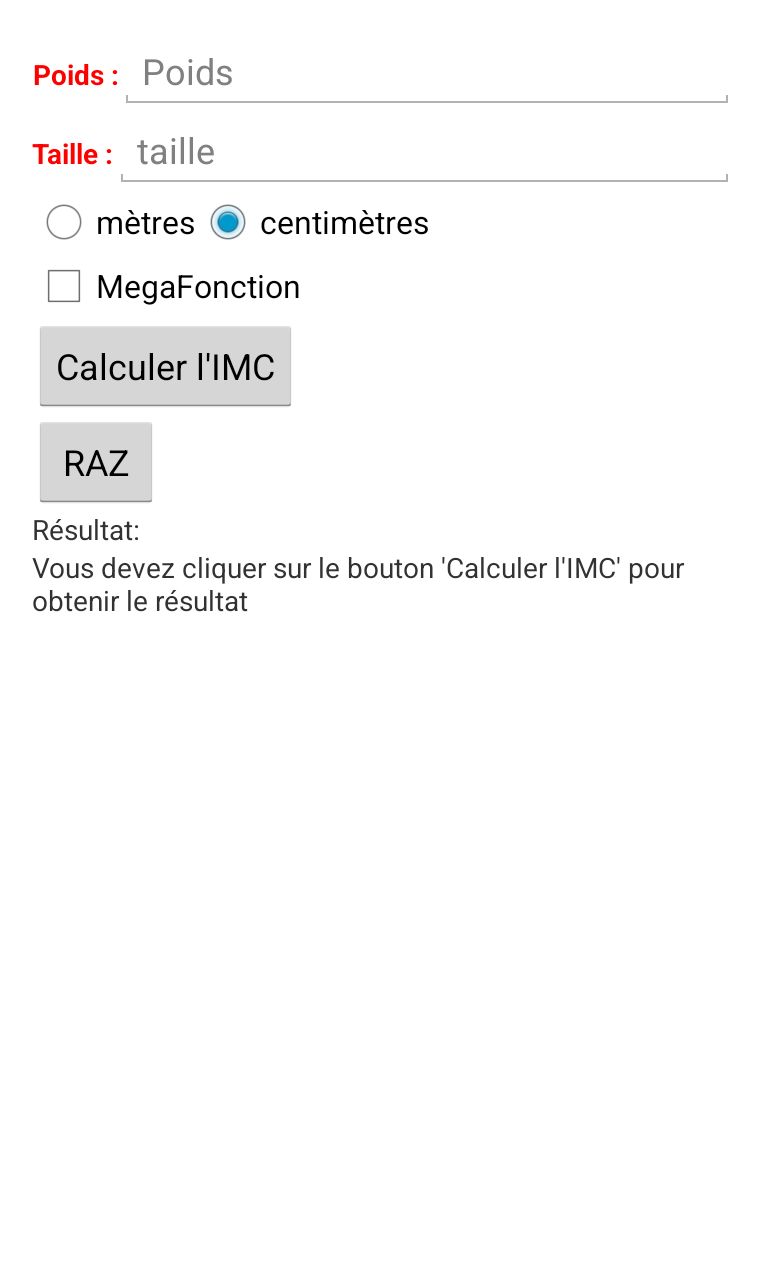
Repository: mikaelpopowicz/cours
Layout: graph/test/res/layout/activity_main.xml
These files come from the project's save history. The layout is drawn as it stood at one moment and after the next save; the edit follows.
It is drawn on a 768 x 1280 px phone screen (xhdpi) without system bars, with theme AppTheme; the app's code is not run.

Above is the layout before, as saved 2014-02-27 07:35:29.

After the next save:
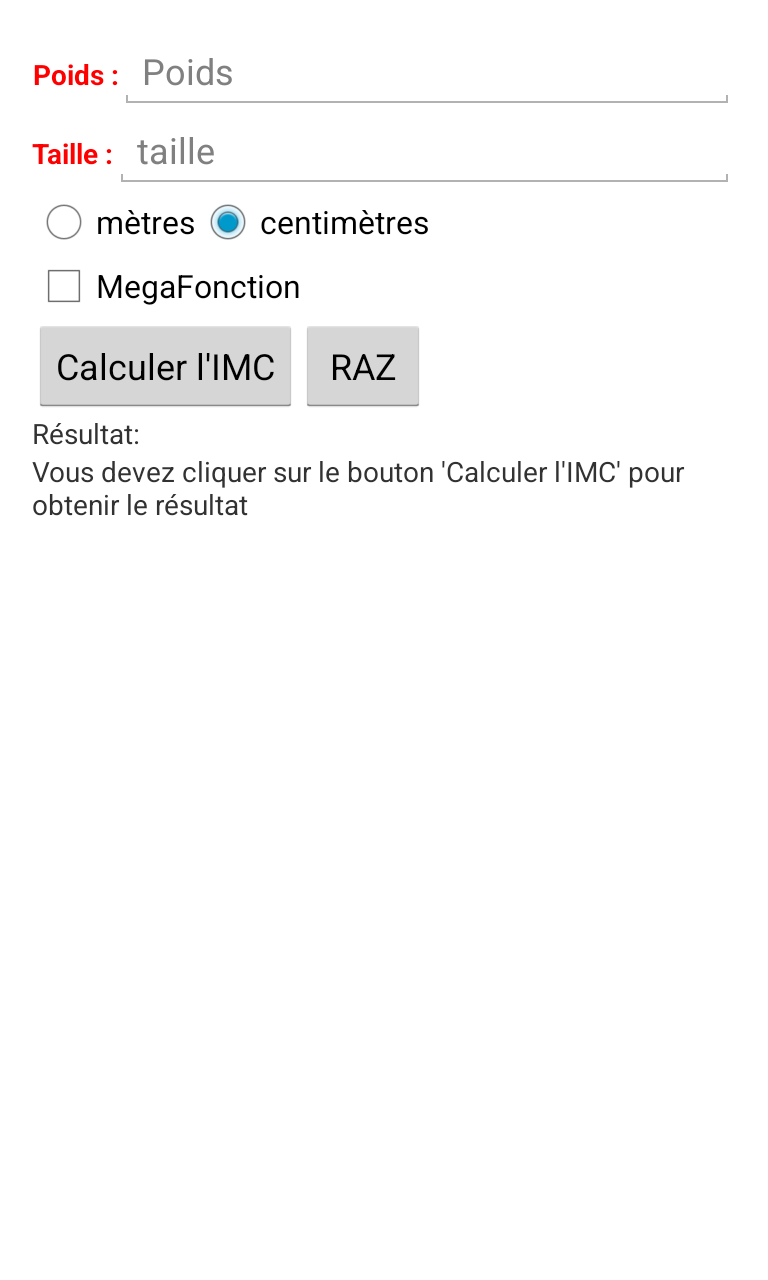
Saved 3 min 54 s later.
--- a/graph/test/res/layout/activity_main.xml
+++ b/graph/test/res/layout/activity_main.xml
@@ -80,7 +80,12 @@
   		android:layout_height="wrap_content"
   		android:text="MegaFonction"  />
 
-    <Button
+    <LinearLayout
+        android:layout_width="fill_parent"
+        android:layout_height="wrap_content"
+        android:orientation="horizontal">
+
+        <Button
         android:id="@+id/calcul"
         android:layout_width="wrap_content"
         android:layout_height="wrap_content"
@@ -91,6 +96,9 @@
         android:layout_width="wrap_content"
         android:layout_height="wrap_content"
         android:text="RAZ"/>
+
+    </LinearLayout>
+
 
     <TextView
         android:layout_width="wrap_content"
